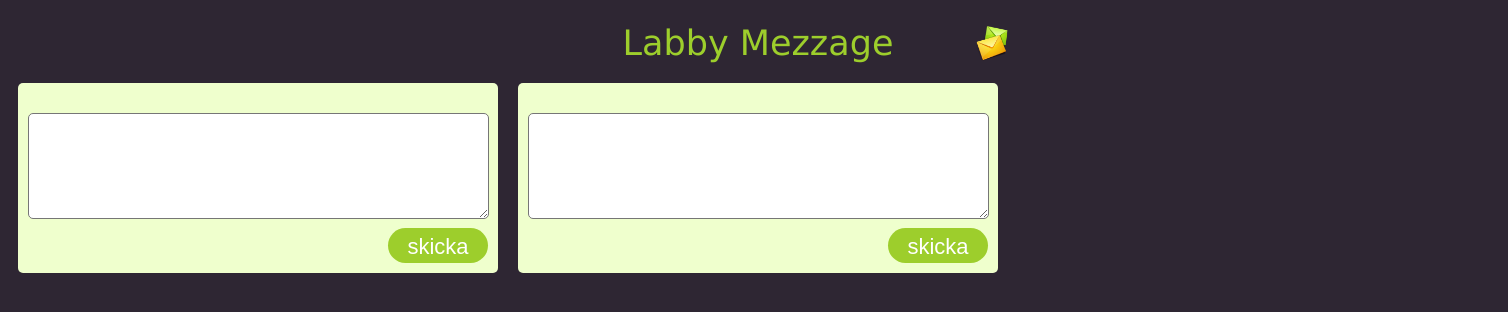
Repository: ad222kr/1dv403-laborationer
Page: 2-labbymezzage/index.html
The author's editor kept a record of every edit. The page is drawn from the files as they stood at one moment, then again after the next edit.
The browser window is 1280 px wide. The page is 1508 px wide, then 1280 px, so the pictures cover 1508 px, including what lies to the right of the window. The pictures show the whole page.

Above is the page before.

After the next edit:
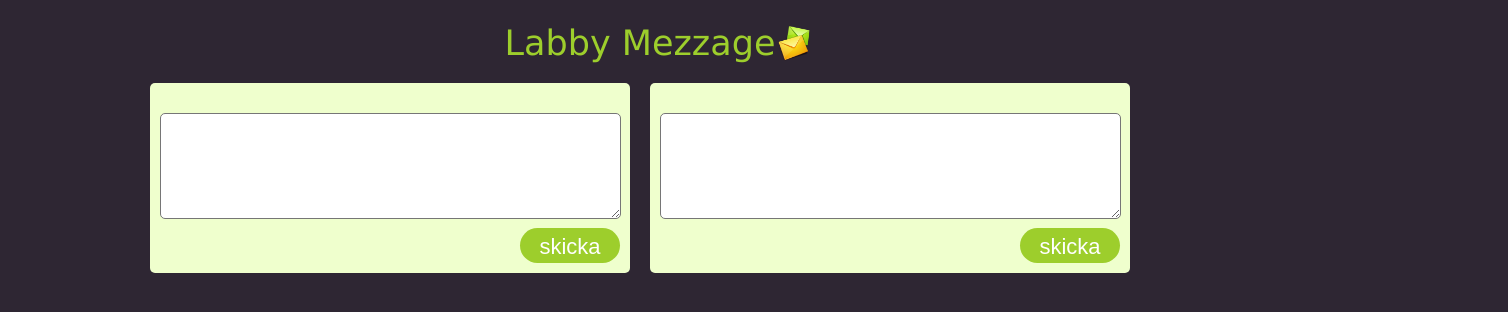
The edit:
--- a/2-labbymezzage/css/style.css
+++ b/2-labbymezzage/css/style.css
@@ -35,7 +35,7 @@
 }
 
 #container{
-    width: 1500px;
+    width: 1000px;
     margin: 0px auto;
 }
 
